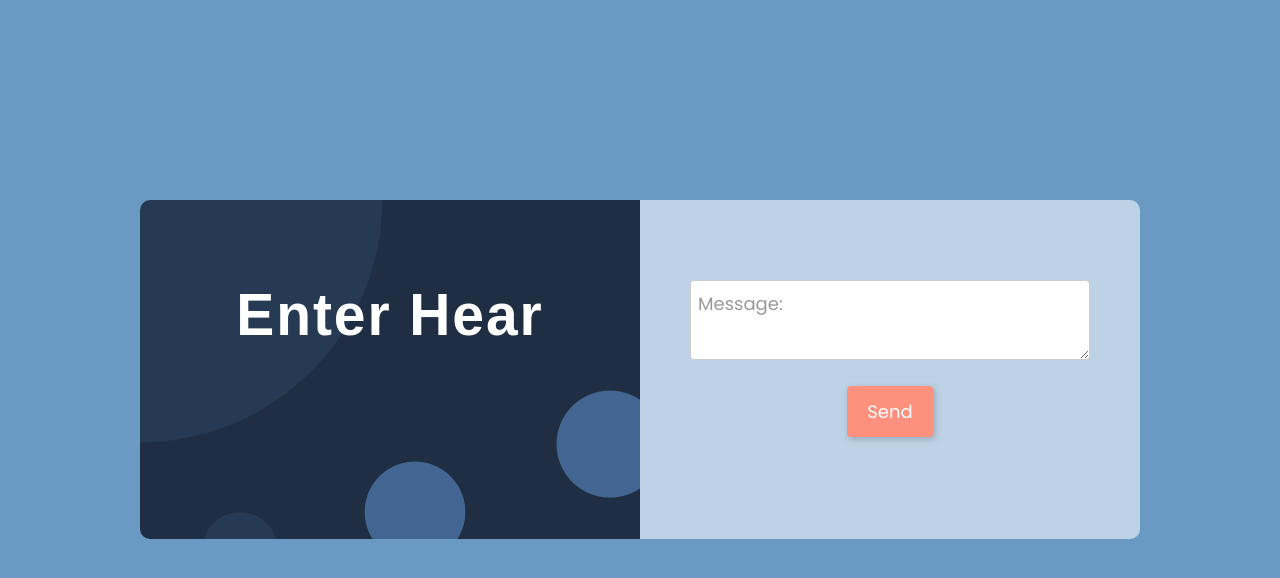
Repository: RamPratapKumarSharma/EbixCash_Ram
Page: http://localhost/user_input_validation/user_ui_form.jsp
These files come from the project's save history. The page is drawn as it stood at one moment and after the next save; the edit follows.
The browser window is 1280 px wide. The pictures show the whole page.
The page is served by Tomcat 9. Other server files are loaded and not shown.

Above is the page before, as saved 2022-02-13 14:23:59.

### user_input_validation/WebContent/user_ui_form.jsp
<%@ page language="java" contentType="text/html; charset=ISO-8859-1"
	pageEncoding="ISO-8859-1"%>
<!DOCTYPE html>
<html>
<head>
<meta charset="ISO-8859-1">
<title>Insert title here</title>
<style type="text/css">
@import
	url('https://fonts.googleapis.com/css2?family=Poppins:ital,wght@0,100;0,200;0,300;0,400;0,500;0,600;0,700;0,800;0,900;1,100;1,200;1,300;1,400;1,500;1,600;1,700;1,800;1,900&display=swap')
	;



* {
	margin: 0;
	box-sizing: border-box;
}

body {
	background-color: #6a9ac4;
}

#contact {
	background-color: #6a9ac4;
	display: flex;
	justify-content: center;
	align-items: center;
}

.contact-box {
	width: clamp(100px, 90%, 1000px);
	margin: 80px 50px;
	display: flex;
	flex-wrap: wrap;
}


/* for message and button design */
.contact-links, .contact-form-wrapper {
	margin-top: 120px;
	width: 50%;
	padding: 8% 5% 10% 5%;
}

/* for enter hear back ground design */
.contact-links {
	background-color: #1f2e43;
	background: radial-gradient(circle at 55% 92%, #426691 0 12%, transparent 12.2%),
		radial-gradient(circle at 94% 72%, #426691 0 10%, transparent 10.2%),
		radial-gradient(circle at 20% max(78%, 350px), #263a53 0 7%,
		transparent 7.2%),
		radial-gradient(circle at 0% 0%, #263a53 0 40%, transparent 40.2%),
		#1f2e43;
	border-radius: 10px 0 0 10px;
}


/* input field back ground design */
.contact-form-wrapper {
	background-color: #ffffff8f;
	border-radius: 0 10px 10px 0;
}

/* for enter hear text h2 heading */
h2 {
	font-family: 'Arimo', sans-serif;
	color: #fff;
	font-size: clamp(30px, 6vw, 60px);
	letter-spacing: 2px;
	text-align: center;
	transform: scale(.95, 1);
}

.form-item {
	position: relative;
}

/*   for font style all ui */
label, input, textarea {
	font-family: 'Poppins', sans-serif;
}

/* for message text alignment in input field */
label {
	position: absolute;
	top: 10px;
	left: 2%;
	color: #999;
	font-size: clamp(14px, 1.5vw, 18px);
	pointer-events: none;
	user-select: none;
}

/* for message Box */
input, textarea {
	width: 100%;
	outline: 0;
	border: 1px solid #ccc;
	border-radius: 4px;
	margin-bottom: 20px;
	padding: 12px;
	font-size: clamp(15px, 1.5vw, 18px);
}

.submit-btn:hover {
	transform: scale(1.1, 1.1);
}

.submit-btn:active {
	transform: scale(1.1, 1.1);
	filter: sepia(0.5);
}

/*  Message text in user input */
input:focus+label, input:valid+label, textarea:focus+label, textarea:valid+label
	{
	font-size: clamp(13px, 1.3vw, 16px);
	color: #777;
	top: -20px;
	transition: all .225s ease;
}

/*  For Button Style */
.submit-btn {
	background-color: #fd917e;
	filter: drop-shadow(2px 2px 3px #0003);
	color: #fff;
	font-family: "Poppins", sans-serif;
	font-size: clamp(16px, 1.6vw, 18px);
	display: block;
	padding: 12px 20px;
	margin: 2px auto;
	border: none;
	border-radius: 4px;
	cursor: pointer;
	user-select: none;
	transition: 0.2s;
}
}
</style>
</head>
<body>
	<section id="contact">
		<div class="contact-box">
			<div class="contact-links">
				<h2>Enter Hear</h2>
			</div>
			<div class="contact-form-wrapper">
				<form action="/user_input_validation/User" method="post">
					<div class="form-item">
						<textarea class="" name="data" required></textarea>
						<label>Message:</label>
					</div>
					<button class="submit-btn">Send</button>
				</form>
			</div>
		</div>
	</section>
</body>
</html>

After the next save:
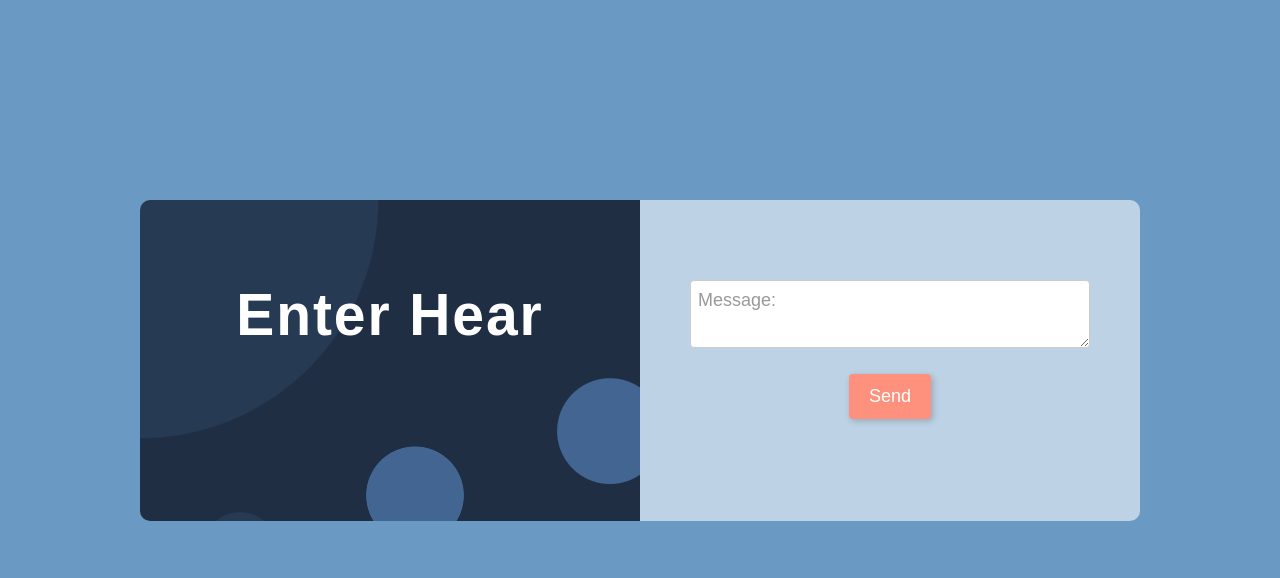
Saved 26 s later.
--- a/user_input_validation/WebContent/user_ui_form.jsp
+++ b/user_input_validation/WebContent/user_ui_form.jsp
@@ -6,9 +6,7 @@
 <meta charset="ISO-8859-1">
 <title>Insert title here</title>
 <style type="text/css">
-@import
-	url('https://fonts.googleapis.com/css2?family=Poppins:ital,wght@0,100;0,200;0,300;0,400;0,500;0,600;0,700;0,800;0,900;1,100;1,200;1,300;1,400;1,500;1,600;1,700;1,800;1,900&display=swap')
-	;
+
 
 
 
